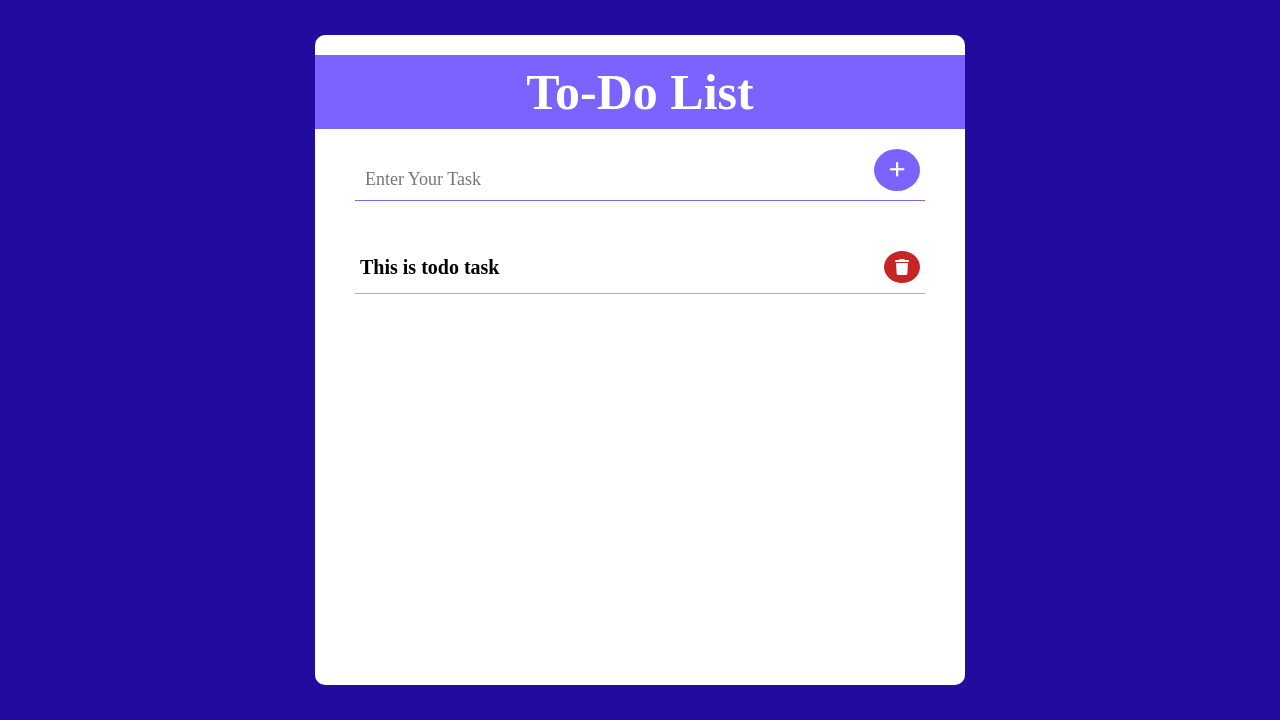
Repository: AliHassan02-Dev/To-Do-App
Page: /
These files come from the project's save history. The page is drawn as it stood at one moment and after the next save; the edit follows.
The browser window is 1280 px wide. The pictures show the whole page.
Some web libraries are served in a nearby version. The project was rebuilt for these pictures with package versions that can differ from the ones it lists, and the page was loaded fresh each time. Also part of the build but not shown: vite.config.js.

Above is the page before, as saved 2024-10-28 12:02:46.

### src/App.css
* {
  margin: 0;
  padding: 0;
  box-sizing: border-box;
  font-family: poppins;
}

.mainWrapper {
  width: 100%;
  height: 100vh;
  background-color: rgb(34, 12, 160);
  display: flex;
  justify-content: center;
  flex-direction: column;
}

.mainWrapper .container {
  width: 100%;
  max-width: 650px;
  height: 650px;
  background-color: white;
  margin: auto;
  border-radius: 10px;
}

.mainWrapper .container .topBar {
  margin: 20px 0px;
}

.mainWrapper .container .topBar h2 {
  width: 100%;
  text-align: center;
  background-color: rgb(122, 99, 255);
  font-size: 50px;
  padding: 8px;
  color: white;
}

.mainWrapper .container .topBar .addTask {
  width: 100%;
  display: flex;
  justify-content: center;
  align-items: center;
  padding: 10px 40px;
  margin-top: 20px;
  position: relative;
}

.mainWrapper .container .topBar .addTask .wrapper {
  width: 100%;
  display: flex;
  justify-content: center;
  align-items: center;
  position: relative;
}

.mainWrapper .container .topBar .addTask input {
  width: 100%;
  border: none;
  border-bottom: 1px solid rgb(122, 99, 255);
  font-size: 18px;
  padding: 10px;
  outline: none;
}

.mainWrapper .container .topBar .addTask span {
  position: absolute;
  bottom: 10px;
  right: 5px;
  background-color: rgb(122, 99, 255);
  color: white;
  font-size: 18px;
  padding: 12px 15px;
  border-radius: 100%;
  cursor: pointer;
}

.mainWrapper .container .bottomBar {
  margin: 20px 0px;
  padding: 10px 40px;
}

.mainWrapper .container .bottomBar ol {
  list-style-type: none;
}

.mainWrapper .container .bottomBar .taskList {
  width: 100%;
  flex-wrap: nowrap;
  display: flex;
  justify-content: space-between;
  align-items: center;
  border-bottom: 1px solid rgba(100, 100, 100, 0.5);
  padding: 10px 5px;
}

.mainWrapper .container .bottomBar .taskList li {
  font-size: 20px;
  font-weight: 600;
}

.mainWrapper .container .bottomBar .taskList span {
  color: white;
  background-color: rgb(199, 37, 37);
  padding: 8px 11px;
  font-size: 16px;
  border-radius: 100%;
  cursor: pointer;
}

### src/App.jsx
import React, { useState } from "react";
import TaskList from "./Components/TaskList";

const App = () => {
  const [taskValue, setTaskValue] = useState("");
  const [taskItems, setTaskItems] = useState([]);

  const handleEvent = (e) => {
    setTaskValue(e.target.value);
  };

  const addTaskItem = () => {
    setTaskItems((prevItem) => {
      return [...prevItem, taskItems];
    });
  };

  return (
    <div className="mainWrapper">
      <div className="container">
        <div className="topBar">
          <h2>To-Do List</h2>

          <div className="addTask">
            <div className="wrapper">
              <input
                type="text"
                placeholder="Enter Your Task"
                onChange={handleEvent}
                value={taskValue}
              />
              <span className="fa-solid fa-plus" onClick={addTaskItem}></span>
            </div>
          </div>
        </div>
        <div className="bottomBar">
          <ol>
            <TaskList />
          </ol>
        </div>
      </div>
    </div>
  );
};

export default App;

### src/Components/TaskList.jsx
import React from "react";

const TaskList = () => {
  return (
    <div className="taskList">
      <li>This is todo task</li>
      <span class="fa-solid fa-trash"></span>
    </div>
  );
};

export default TaskList;

Loaded but not shown: index.html (common file); src/main.jsx (common file)

After the next save:
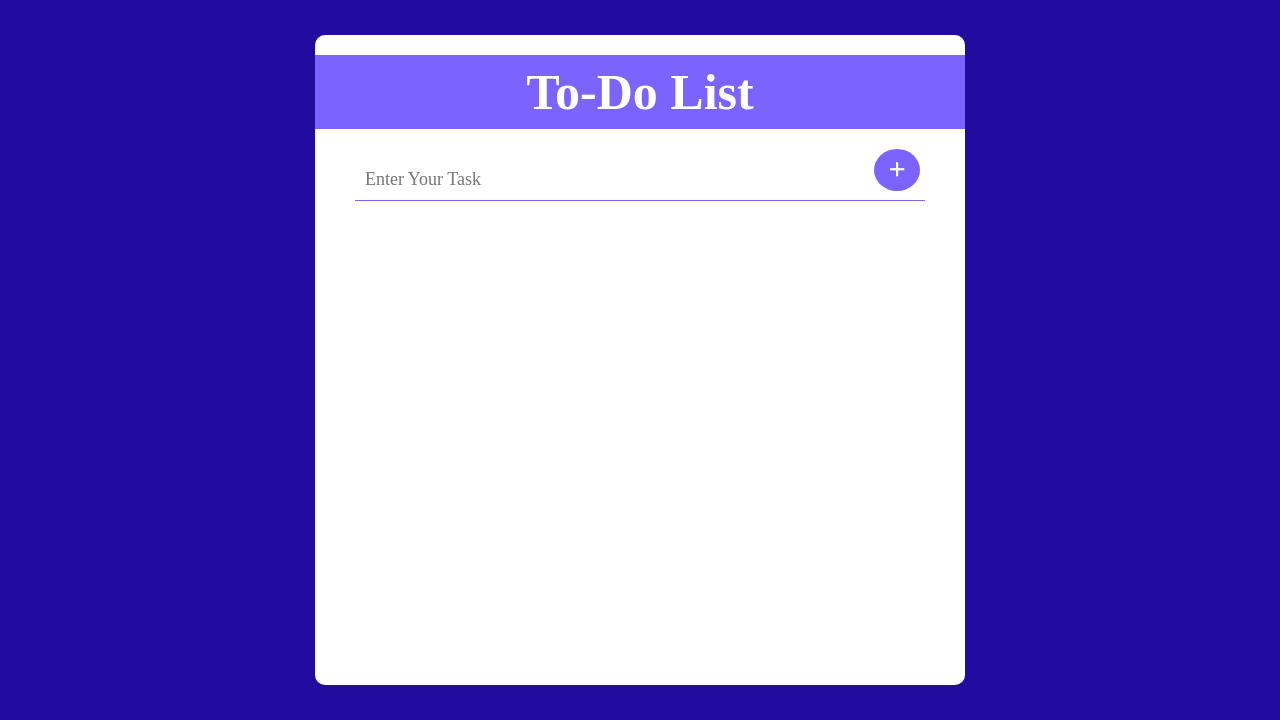
Saved 117 s later.
--- a/src/App.jsx
+++ b/src/App.jsx
@@ -3,7 +3,7 @@ import TaskList from "./Components/TaskList";
 
 const App = () => {
   const [taskValue, setTaskValue] = useState("");
-  const [taskItems, setTaskItems] = useState([]);
+  const [TaskItems, setTaskItems] = useState([]);
 
   const handleEvent = (e) => {
     setTaskValue(e.target.value);
@@ -11,7 +11,7 @@ const App = () => {
 
   const addTaskItem = () => {
     setTaskItems((prevItem) => {
-      return [...prevItem, taskItems];
+      return [...prevItem, TaskItems];
     });
   };
 
@@ -35,7 +35,9 @@ const App = () => {
         </div>
         <div className="bottomBar">
           <ol>
-            <TaskList />
+            {TaskItems.map((elem, idx) => {
+              <TaskList id={idx} key={idx} data={elem} />;
+            })}
           </ol>
         </div>
       </div>
